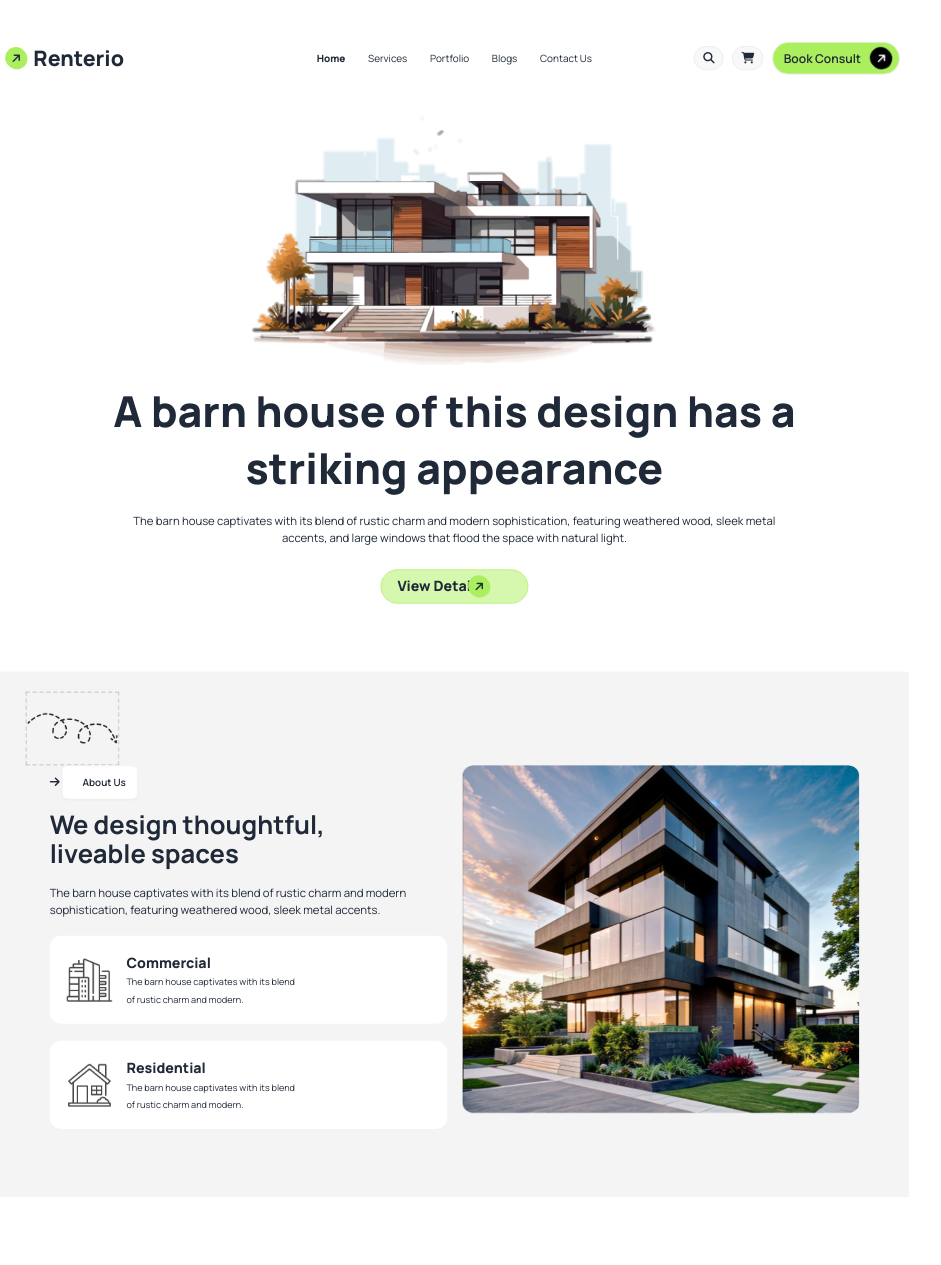
Repository: Tanvir4312/assignment-03
Page: index.html
These files come from the project's save history. The page is drawn as it stood at one moment and after the next save; the edit follows.
The browser window is 1280 px wide. The page is 1325 px wide, so the pictures cover 1325 px, including what lies to the right of the window. The pictures show the whole page, at 71% of full size.
Some web libraries are served in a nearby version.

Above is the page before, as saved 2024-10-30 14:47:11.

After the next save:
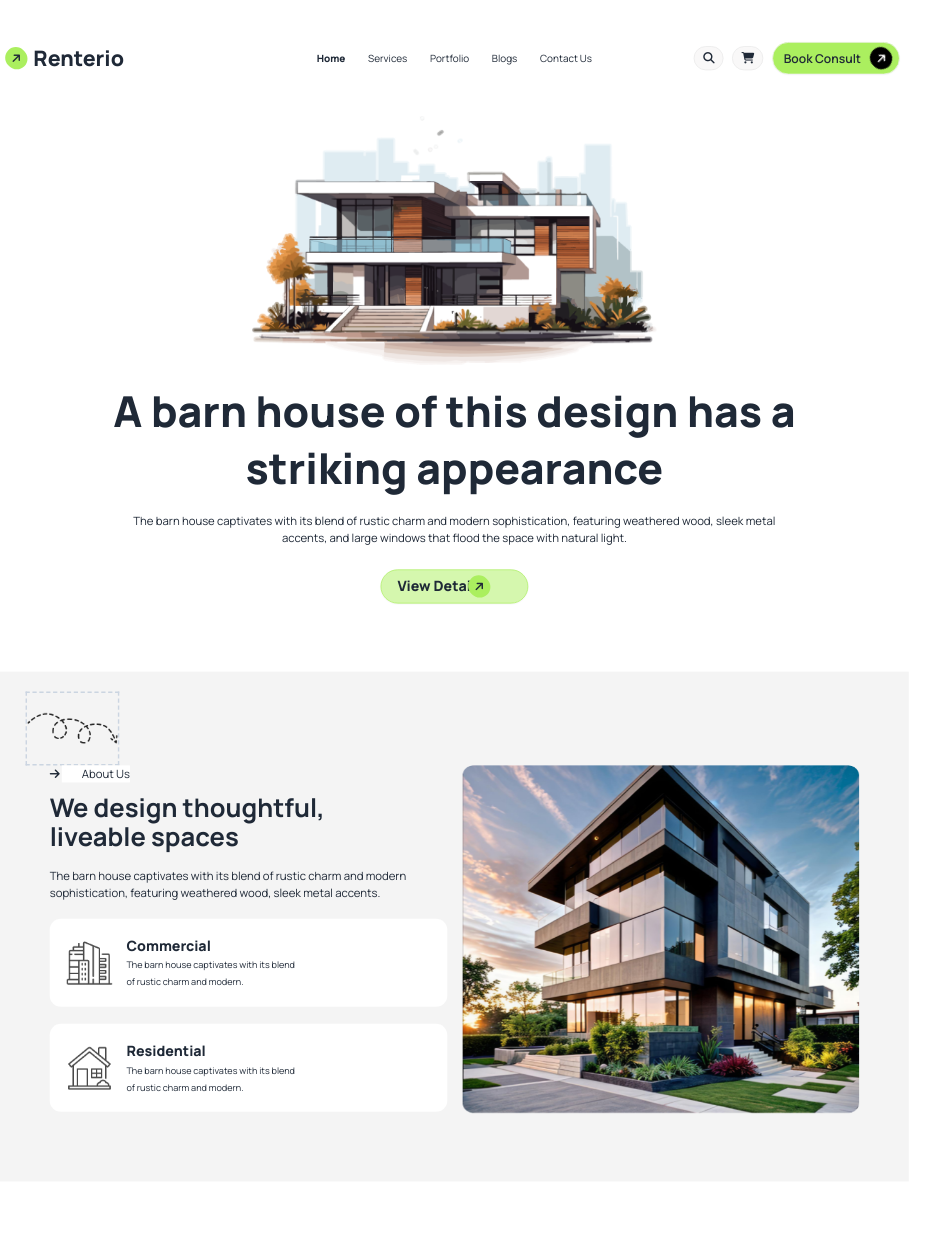
Saved 45 s later.
--- a/index.html
+++ b/index.html
@@ -140,7 +140,7 @@
 
                 <div class="">
                     <i class="fa-solid fa-arrow-right"></i>
-                    <button class="btn bg-white pl-7">About Us</button>
+                    <button class=" bg-white pl-7">About Us</button>
                 </div>
 
                 <div class="mt-4">
